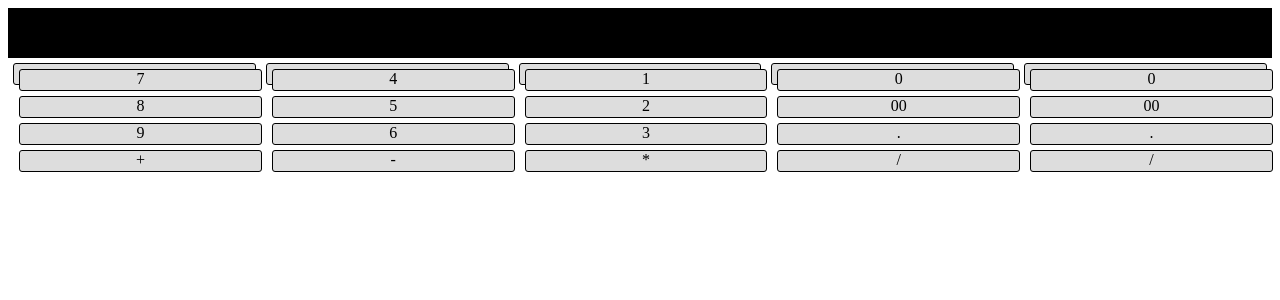
Repository: masa-rock/kadai_jquery_2
Page: index.html
The author's editor kept a record of every edit. The page is drawn from the files as they stood at one moment, then again after the next edit.
The browser window is 1280 px wide. The pictures show the whole page.
Some web libraries are served in a nearby version.

Above is the page before.

### index.html
    <!DOCTYPE html>
    <html lang="en">
      <head>
        <meta charset="utf-8">
        <script src="https://code.jquery.com/jquery-3.2.1.js" integrity="sha256-DZAnKJ/6XZ9si04Hgrsxu/8s717jcIzLy3oi35EouyE=" crossorigin="anonymous"></script>
        <link rel="stylesheet" href="style.css">
        <title>電卓</title>
      </head>

      <body>
        <div class="calculator_display"></div>
        <div class="calculator_command">
          <div class="calculator_command_1">
            <div class="com_7">7</div>
            <div class="com_8">8</div>
            <div class="com_9">9</div>
            <div class="com_addition">+</div>
          </div>
          <div class="calculator_command_2">
            <div class="com_4">4</div>
            <div class="com_5">5</div>
            <div class="com_6">6</div>
            <div class="com_subtraction">-</div>
          </div>
          <div class="calculator_command_3">
            <div class="com_1">1</div>
            <div class="com_2">2</div>
            <div class="com_3">3</div>
            <div class="com_multiply">*</div>
          </div>
          <div class="calculator_command_3">
            <div class="com_0">0</div>
            <div class="com_00">00</div>
            <div class="com_decimal_point">.</div>
            <div class="com_division">/</div>
          </div>
          <div class="calculator_command_4">
            <div class="com_0">0</div>
            <div class="com_00">00</div>
            <div class="com_decimal_point">.</div>
            <div class="com_division">/</div>
          </div>


        </div>


        <script src="main.js"></script>
      </body>
    </html>

### style.css
.calculator{
  width:500px;
}

.calculator_display{
  width:100%;
  height: 50px;
  background-color: #000;
  color:#fff;
}

.calculator_command{
  display: flex;
  justify-content:space-between;
}

.calculator_command div{
  width: 100%;
  height:20px;
  margin:5px;
  background-color:#ddd;
  border:solid 1px #000;
  border-radius: 3px;
  text-align: center;

}

### main.js
$(document).ready(function(){

  let push_num = [];
  let result ="";
  let num_1 = "";
  var num_top="";


  $('.com').on('click',function(){
    push_num.push($(this).text());
    num_1 = push_num.join('');
    num_top = push_num[0];
    if (num_top == 0 || num_top == 00){
      $(".calculator_display").text(0);
    }else{
      $(".calculator_display").text(num_1);
    }
  });

  // 四則演算ボタン操作


  // ACボタン操作
  $('.com_ac').on('click',function(){
    push_num = [];
    num_1 = "";
    $(".calculator_display").text(0);
  });

  // equalボタン操作
  $('.com_equal').on('click',function() {
      result = eval(num_1);
      $(".calculator_display").text(result);
  });
});


// ○+△-□ができるようにする
// ++,*-など連続がないようにする。

After the next edit:
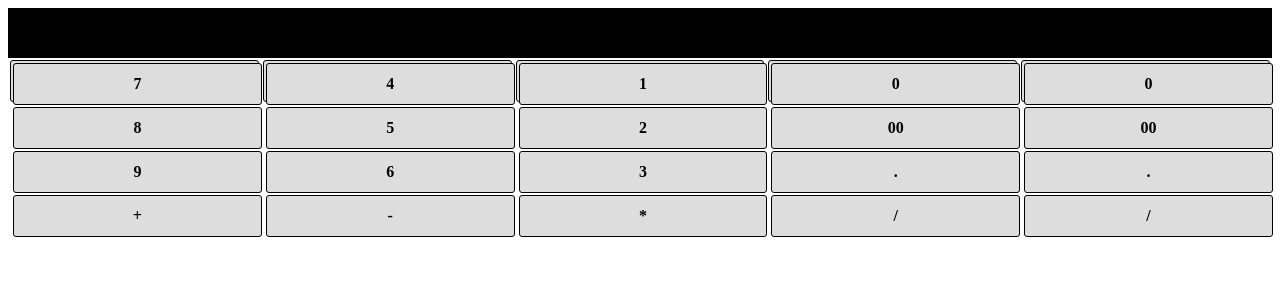
The edit:
--- a/style.css
+++ b/style.css
@@ -16,8 +16,10 @@
 
 .calculator_command div{
   width: 100%;
-  height:20px;
-  margin:5px;
+  height:40px;
+  line-height: 40px;
+  margin:2px;
+  font-weight: bold;
   background-color:#ddd;
   border:solid 1px #000;
   border-radius: 3px;
